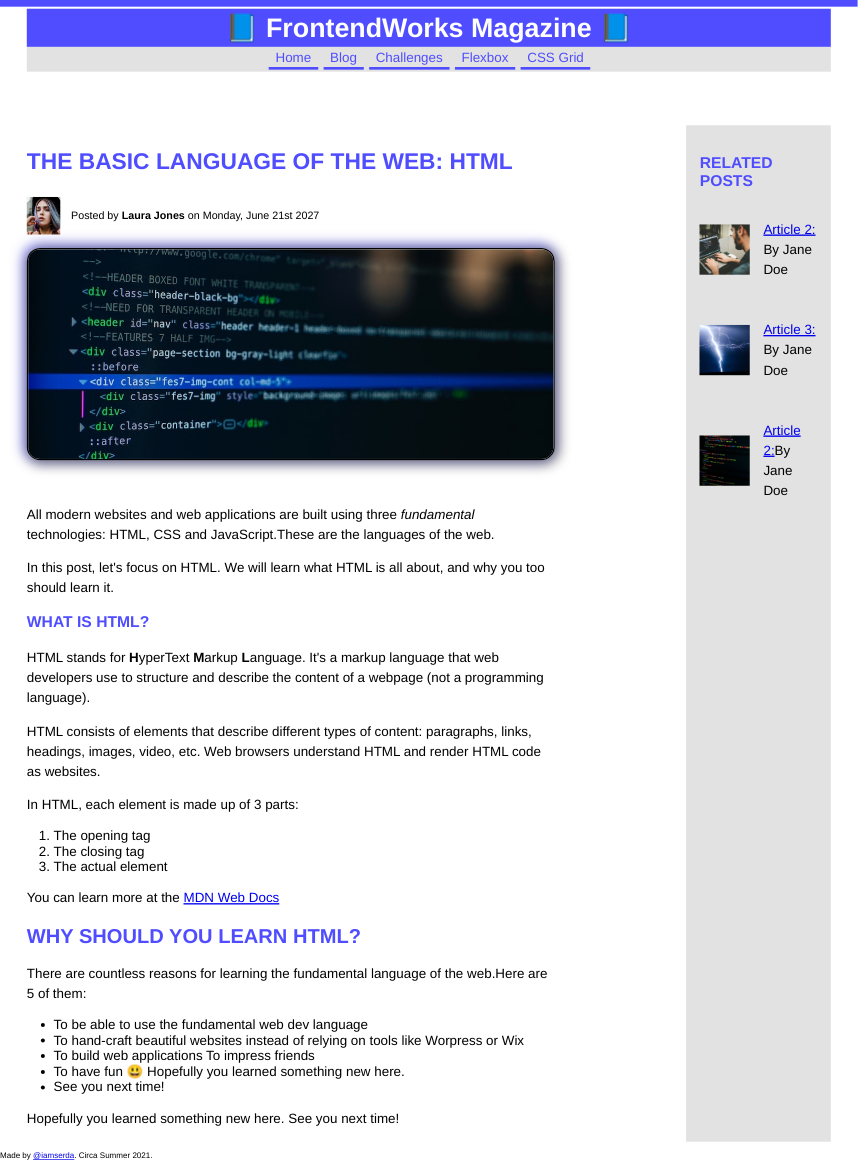
Repository: iamserda/html-css-course
Page: starter/02-HTML-Fundamentals/index.html
These files come from the project's save history. The page is drawn as it stood at one moment and after the next save; the edit follows.
The browser window is 1280 px wide. The pictures show the whole page, at 67% of full size.

Above is the page before, as saved 2021-07-17 18:16:39.

### starter/02-HTML-Fundamentals/index.html
<!DOCTYPE html>
<html lang="en">

<head>
    <meta charset="UTF-8" />
    <meta http-equiv="X-UA-Compatible" content="IE=edge" />
    <meta name="viewport" content="width=device-width, initial-scale=1.0" />
    <title>HTML Fundamentals by Laura Jones</title>
    <link href="index.css" rel="stylesheet" />
</head>

<body>
    <header>
        <h1 class="brandname">📘 FrontendWorks Magazine 📘</h1>
        <nav>
            <ul>
                <li><a href="index.html">Home</a></li>
                <li><a href="blog/">Blog</a></li>
                <li><a href="challenges/">Challenges</a></li>
                <li><a href="https://css-tricks.com/snippets/css/a-guide-to-flexbox/" target="_blank">Flexbox</a></li>
                <li><a href="https://css-tricks.com/snippets/css/complete-guide-grid/" target="_blank">CSS Grid</a></li>
            </ul>
        </nav>
    </header>
    <main>
        <section>
            <article>
                <header class="article-meta">
                    <h1 class="post-title">The Basic Language of the Web: HTML</h1>
                    <div class="author">
                        <img class="author-pic" src="img/laura-jones.jpg" alt="photo of author laura jones" />
                        <p>Posted by <strong>Laura Jones</strong> on Monday, June 21st 2027</p>
                    </div>
                </header>
                <div class="article-content">
                    <img class="post-image" src="img/post-img.jpg" alt="displaying html code." />
                    <p> All modern websites and web applications are built using three
                        <em>fundamental</em> technologies: HTML, CSS and JavaScript.These are the languages of the web.
                    </p>
                    <p>
                        In this post, let's focus on HTML. We will learn what HTML is all about, and why you too should
                        learn it.
                    </p>

                    <h3>What is HTML?</h3>

                    <p>
                        HTML stands for <b>H</b>yperText <b>M</b>arkup <b>L</b>anguage. It's a markup language that web
                        developers use to structure and describe the content of a webpage (not a programming language).
                    </p>

                    <p>
                        HTML consists of elements that describe different types of content: paragraphs, links, headings,
                        images, video, etc. Web browsers understand HTML and render HTML code as websites.
                    </p>

                    <p>In HTML, each element is made up of 3 parts:</p>
                    <ol>
                        <li>The opening tag</li>
                        <li>The closing tag</li>
                        <li>The actual element</li>
                    </ol>
                    <p>
                        You can learn more at the
                        <a href="https://developer.mozilla.org/en-US/" target="_blank">MDN Web Docs</a>
                    </p>
                    <h2>Why should you learn HTML?</h2>
                    <p>There are countless reasons for learning the fundamental language of the web.Here are 5 of them:
                    </p>
                    <ul>
                        <li>To be able to use the fundamental web dev language</li>
                        <li>To hand-craft beautiful websites instead of relying on tools like Worpress or Wix</li>
                        <li>To build web applications To impress friends</li>
                        <li>To have fun 😃 Hopefully you learned something new here.</li>
                        <li>See you next time!</li>
                    </ul>
                    <p>Hopefully you learned something new here. See you next time!</p>
                </div>
            </article>
        </section>
        <aside>
            <h3>Related Posts</h3>
            <div class="related">
                <img src="img/related-1.jpg" alt="a programmer writing code.">

                <p><a href="#article2">Article 2:</a> By Jane Doe</p>
            </div>
            <div class="related">
                <img src="img/related-2.jpg" alt="a programmer writing code.">
                <p><a href="#article3">Article 3:</a> By Jane Doe</p>
            </div>
            <div class="related">
                <img src="img/related-3.jpg" alt="a programmer writing code.">
                <p><a href="#article4">Article 2:</a>By Jane Doe</p>
            </div>
        </aside>
    </main>
    <footer>
        <p>Made by <a href="https://twitter.com/iamserda">@iamserda</a>. Circa Summer 2021.</p>
    </footer>
</body>

</html>

### starter/02-HTML-Fundamentals/index.css
* {
    box-sizing: border-box;
}

html {
    font-size: 16px;
}

html,
body {
    margin: 0;
    padding: 0;
}

body {
    font-family: Helvetica, Arial, sans-serif;
    font-size: 1.25rem;
}

body>header {
    border-top: 10px solid rgb(80, 77, 255);
    padding-top: 0.125em;
}

main {
    margin-top: 4em;
    display: flex;
    flex-flow: row nowrap;
}

h1,
h2,
h3,
h4,
h5,
h6 {
    color: rgb(79, 77, 255);
    text-transform: uppercase;
}

main,
.brandname,
nav {
    width: 100%;
    max-width: 1200px;
    margin-left: auto;
    margin-right: auto;
}

.brandname,
nav {
    margin-top: 0;
    margin-bottom: 0;
}

.brandname {
    font-size: 2.5rem;
    text-transform: capitalize;
    text-align: center;
    color: white;
    background-color: rgb(79, 77, 255);
    padding: 0.125em 0;
}

p {
    line-height: 1.5;
}

nav {
    margin-top: 0;
    background-color: rgb(226, 226, 226);
}

nav ul {
    padding: 0.125em;
    margin: 0 auto;
    width: fit-content;

}

nav li {
    list-style: none;
    border-bottom: 4px solid rgb(79, 77, 255);
    padding: 0.125em 0.5em;
    margin-left: 0.125em;
    display: inline-block;
    color: rgb(79, 77, 255);
}

nav a {
    display: block;
    text-decoration: none;
    color: inherit;
    width: 100%;
    height: auto;
}

nav li:hover {
    background-color: rgb(79, 77, 255);
    border-bottom: 4px solid white;
    color: white;
}

nav li:hover a {
    color: white;
}

article {
    width: 80%;
}

aside {
    max-width: 500px;
    margin-right: auto;
    background-color: rgb(226, 226, 226);
    padding: 1em;
}

aside>div {
    display: flex;
    flex-flow: row nowrap;
    margin: 1em auto
}

footer p {
    font-size: 0.75rem;
}

.article-meta {
    margin-bottom: 1em;
}

.author {
    display: flex;
    flex-flow: row nowrap;
    width: 100%;
    justify-content: flex-start;
    font-size: 1rem;
}

.related {
    max-width: 300px;
}

.related img {
    width: 100%;
    max-width: 75px;
    margin-right: 1em;
    align-self: center;
}

.post-title {
    color: rgb(79, 77, 255);
    text-align: left;
    font-size: 2.125rem;
}

.post-image {
    width: 100%;
    max-width: 960px;
    height: auto;
    border: 2px solid rgb(0, 0, 0);
    box-shadow: 0 0 18px 2px rgba(0, 0, 0, 0.5);
    box-shadow: 3px 3px 18px 4px rgba(26, 26, 26, 0.507),
        -3px -3px 18px 4px rgba(79, 77, 255, 0.507);
    border-radius: 20px;
    margin-bottom: 2em;
}

.author-pic {
    width: 100%;
    max-width: 50px;
    margin-right: 1em;
}

After the next save:
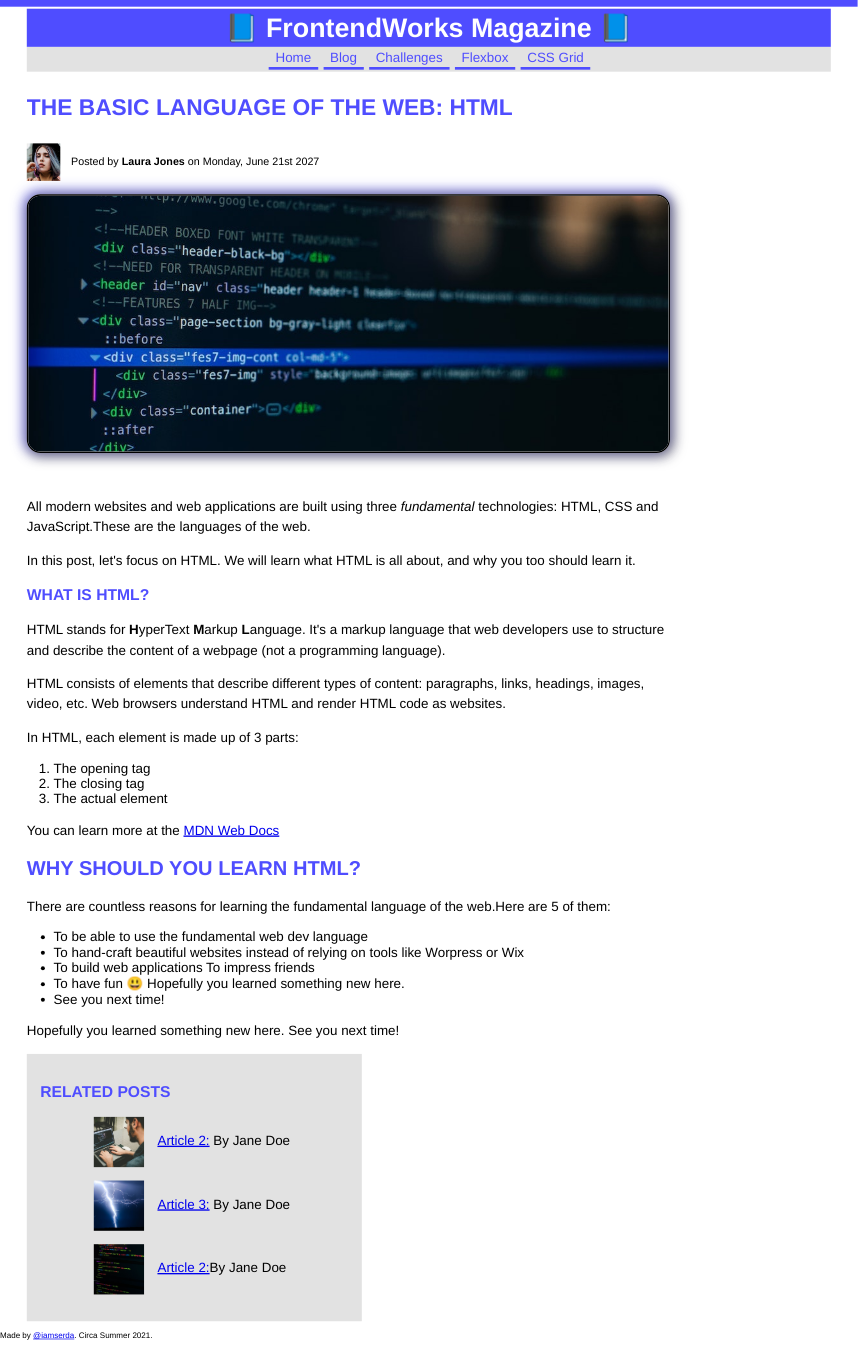
Saved 50 s later.
--- a/starter/02-HTML-Fundamentals/index.css
+++ b/starter/02-HTML-Fundamentals/index.css
@@ -22,8 +22,7 @@ body>header {
     padding-top: 0.125em;
 }
 
-main {
-    margin-top: 4em;
+.container-flex {
     display: flex;
     flex-flow: row nowrap;
 }
